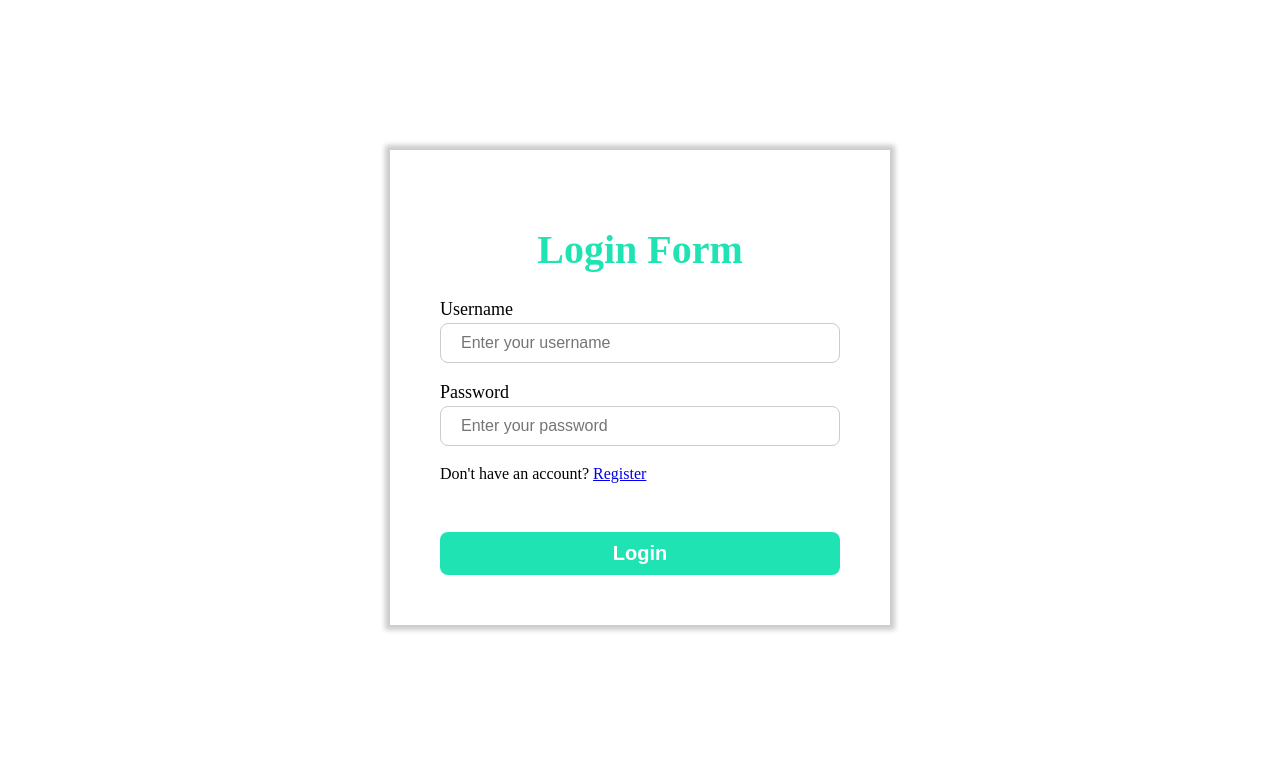
Repository: Trung0810/btl_cnpm_fe
Page: /
These files come from the project's save history. The page is drawn as it stood at one moment and after the next save; the edit follows.
The browser window is 1280 px wide. The pictures show the whole page.
The project was rebuilt for these pictures with package versions that can differ from the ones it lists, and the page was loaded fresh each time. Also part of the build but not shown: src/components/header/header.css, src/components/header/Header.js, src/components/footer/Footer.css, src/components/footer/Footer.js, src/components/shoes_list/ShoesCard.css, src/components/shoes_list/ShoesCard.js, src/components/shoes_list/ShoesList.css, src/components/shoes_list/ShoesList.js and 14 more.

Above is the page before, as saved 2026-03-31 09:30:56.

### public/index.html
<!doctype html>
<html lang="en">
  <head>
    <meta charset="utf-8" />
    <link rel="icon" href="%PUBLIC_URL%/favicon.ico" />
    <meta name="viewport" content="width=device-width, initial-scale=1" />
    <meta name="theme-color" content="#000000" />
    <meta
      name="description"
      content="Web site created using create-react-app"
    />
    <link rel="apple-touch-icon" href="%PUBLIC_URL%/logo192.png" />
    <!--
      manifest.json provides metadata used when your web app is installed on a
      user's mobile device or desktop. See https://developers.google.com/web/fundamentals/web-app-manifest/
    -->
    <link rel="manifest" href="%PUBLIC_URL%/manifest.json" />
    <!--
      Notice the use of %PUBLIC_URL% in the tags above.
      It will be replaced with the URL of the `public` folder during the build.
      Only files inside the `public` folder can be referenced from the HTML.

      Unlike "/favicon.ico" or "favicon.ico", "%PUBLIC_URL%/favicon.ico" will
      work correctly both with client-side routing and a non-root public URL.
      Learn how to configure a non-root public URL by running `npm run build`.
    -->
    <link rel="preconnect" href="https://fonts.googleapis.com" />
    <link rel="preconnect" href="https://fonts.gstatic.com" crossorigin />
    <link
      href="https://fonts.googleapis.com/css2?family=DM+Sans:ital,opsz,wght@0,9..40,100..1000;1,9..40,100..1000&family=Oswald:wght@200..700&display=swap"
      rel="stylesheet"
    />
    <title>React App</title>
  </head>
  <body>
    <noscript>You need to enable JavaScript to run this app.</noscript>
    <div id="root"></div>
    <!--
      This HTML file is a template.
      If you open it directly in the browser, you will see an empty page.

      You can add webfonts, meta tags, or analytics to this file.
      The build step will place the bundled scripts into the <body> tag.

      To begin the development, run `npm start` or `yarn start`.
      To create a production bundle, use `npm run build` or `yarn build`.
    -->
  </body>
</html>

### src/index.js
import React from "react";
import ReactDOM from "react-dom/client";
import App from "./App";
import reportWebVitals from "./reportWebVitals";
import "./index.css";
import "./reset.css";
import "@fortawesome/fontawesome-free/css/all.min.css";

const root = ReactDOM.createRoot(document.getElementById("root"));
root.render(
  <React.StrictMode>
    <App />
  </React.StrictMode>,
);

// If you want to start measuring performance in your app, pass a function
// to log results (for example: reportWebVitals(console.log))
// or send to an analytics endpoint. Learn more: https://bit.ly/CRA-vitals
reportWebVitals();

### src/App.js
import { Fragment } from "react";
import Header from "./components/header/Header";
import Footer from "./components/footer/Footer";
import HomePage from "./components/home_page/HomePage";
import ShoesPage from "./components/shoes_page/ShoesPage";
import LoginForm from "./components/login_form/LoginForm";
import "./App.css";

function App() {
  return (
    <Fragment>
      {/* <Header></Header>
      <HomePage></HomePage>
      <ShoesPage></ShoesPage>
      <Footer></Footer> */}
      <LoginForm></LoginForm>
    </Fragment>
  );
}

export default App;

### src/index.css
body {
  margin: 0;
  font-family:
    -apple-system, BlinkMacSystemFont, "Segoe UI", "Roboto", "Oxygen", "Ubuntu",
    "Cantarell", "Fira Sans", "Droid Sans", "Helvetica Neue", sans-serif;
  -webkit-font-smoothing: antialiased;
  -moz-osx-font-smoothing: grayscale;
  font-family: "DM Sans", sans-serif;
}
body::-webkit-scrollbar {
  display: none;
}
code {
  font-family:
    source-code-pro, Menlo, Monaco, Consolas, "Courier New", monospace;
}
* {
  box-sizing: border-box;
}

### src/components/login_form/LoginForm.js
import React from "react";
import { useForm } from "react-hook-form";
import { yupResolver } from "@hookform/resolvers/yup";
import * as yup from "yup";
import "./LoginForm.css";

const LoginForm = () => {
  const schema = yup.object({
    username: yup
      .string()
      .required("Please enter your username!")
      .min(8, "Must be at least 8 characters!")
      .max(16, "Must be at most 16 characters!"),
    password: yup.string().required("Please enter your password!"),
  });

  const {
    register,
    handleSubmit,
    formState: { errors, isValid },
  } = useForm({
    mode: "onChange",
    resolver: yupResolver(schema),
  });

  const submit = (values) => {
    console.log(values);
  };

  return (
    <form className="login-form" onSubmit={handleSubmit(submit)}>
      <h2 className="login-form-title">Login Form</h2>
      <div className="login-form-wrapper">
        <label htmlFor="username">Username</label>
        <input
          type="text"
          id="username"
          className="login-form-input"
          placeholder="Enter your username"
          {...register("username")}
        />
        {errors.username && (
          <div className="login-form-error">{errors.username.message}</div>
        )}
      </div>
      <div className="login-form-wrapper">
        <label htmlFor="password">Password</label>
        <input
          type="text"
          id="password"
          className="login-form-input"
          placeholder="Enter your password"
          {...register("password")}
        />
        {errors.password && (
          <div className="login-form-error">{errors.password.message}</div>
        )}
      </div>
      <div className="login-form-option">
        <p>
          Don't have an account? <a href="#">Register</a>
        </p>
      </div>
      <button
        type="submit"
        className="login-form-button"
        style={{ pointerEvents: isValid ? "" : "none" }}
      >
        Login
      </button>
    </form>
  );
};

export default LoginForm;

### src/App.css
input {
  display: block;
  font-size: 16px;
  font-weight: 500;
  padding: 10px 20px;
  border: 1px solid #ccc;
  border-radius: 8px;
  outline: none;
}
button {
  display: block;
  width: 200px;
  padding: 10px 30px;
  font-size: 24px;
  font-weight: 500;
  border-radius: 8px;
  border: none;
  outline: none;
  cursor: pointer;
}

### src/components/login_form/LoginForm.css
.login-form {
  width: 500px;
  padding: 80px 50px 50px;
  margin: 150px auto;
  box-shadow: 0 0 5px 5px #ccc;
}
.login-form-title {
  font-size: 40px;
  font-weight: bold;
  color: #20e3b4;
  text-align: center;
  margin-bottom: 30px;
}
.login-form-wrapper {
  display: flex;
  flex-direction: column;
  row-gap: 5px;
  margin-bottom: 20px;
}
.login-form-wrapper label {
  font-size: 18px;
  font-weight: 500;
}
.login-form-input {
  width: 100%;
}
.login-form-error {
  font-weight: 500;
  color: #de4242;
}
.login-form-option {
  font-size: 16px;
}
.login-form-button {
  width: 100%;
  background-color: #20e3b4;
  font-size: 20px;
  font-weight: bold;
  color: #fff;
  margin-top: 50px;
}

Loaded but not shown: src/reportWebVitals.js (common file); src/reset.css (common file)

After the next save:
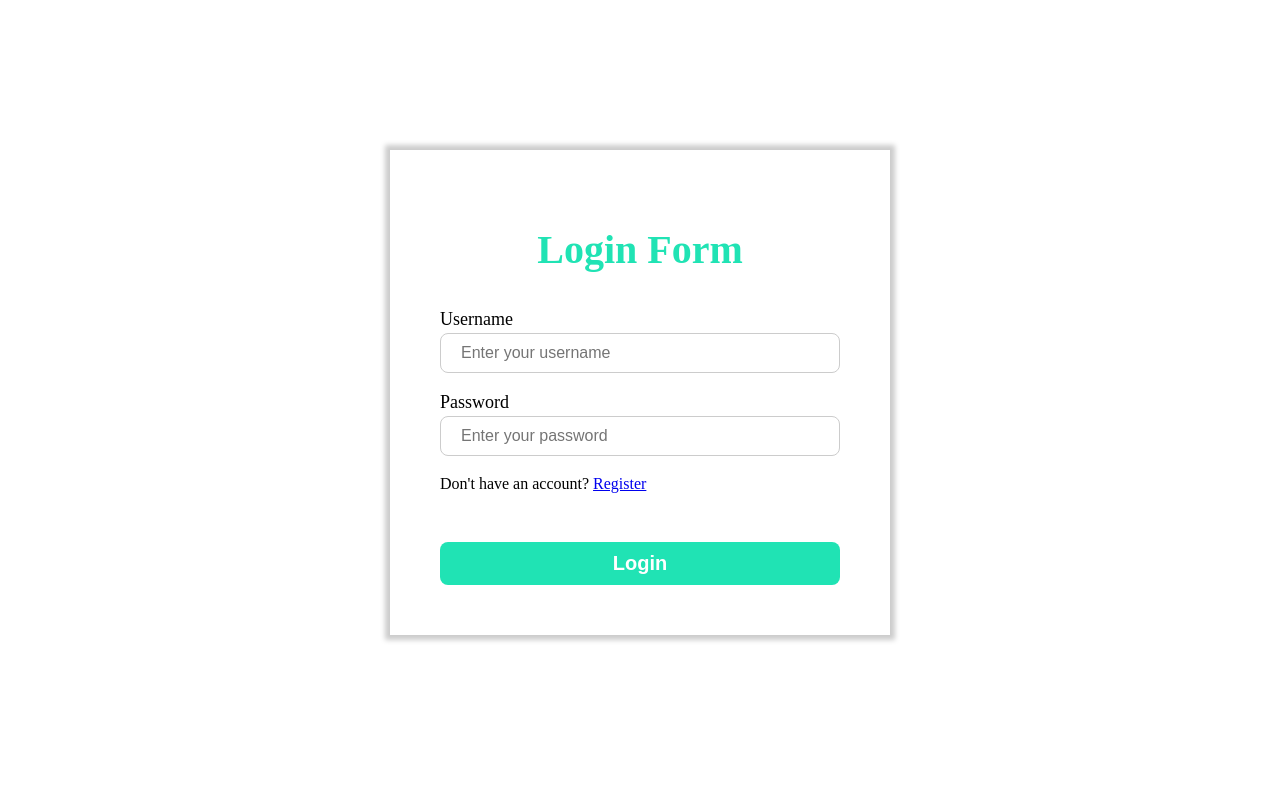
Saved 12 s later.
--- a/src/components/login_form/LoginForm.css
+++ b/src/components/login_form/LoginForm.css
@@ -9,7 +9,7 @@
   font-weight: bold;
   color: #20e3b4;
   text-align: center;
-  margin-bottom: 30px;
+  margin-bottom: 40px;
 }
 .login-form-wrapper {
   display: flex;
